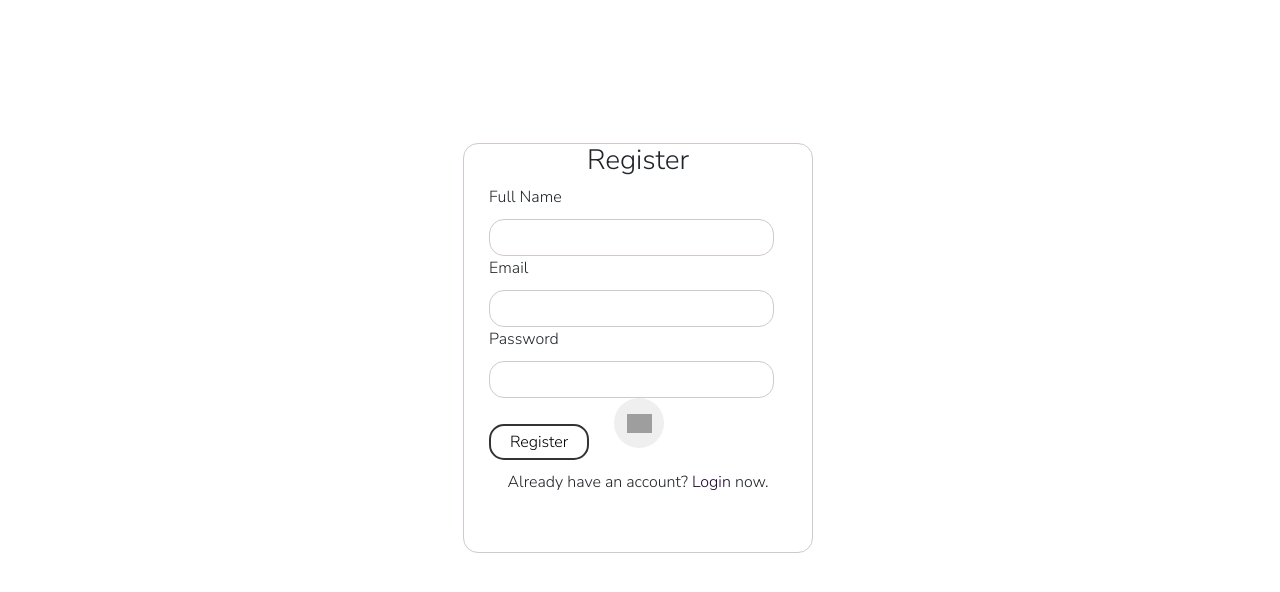
Repository: duzzisantos/rentify
Page: /register
These files come from the project's save history. The page is drawn as it stood at one moment and after the next save; the edit follows.
The browser window is 1280 px wide. The pictures show the whole page.
Pictures or frames that could not be fetched are drawn as grey boxes. The project was rebuilt for these pictures with package versions that can differ from the ones it lists, and the page was loaded fresh each time. Also part of the build but not shown: src/home.js, src/admin.js, src/auth/auth.js, src/auth/login.js, src/table-component.js, src/edit-property.js, src/tables.js, src/booking.js.

Above is the page before, as saved 2022-05-19 02:09:07.

After the next save:
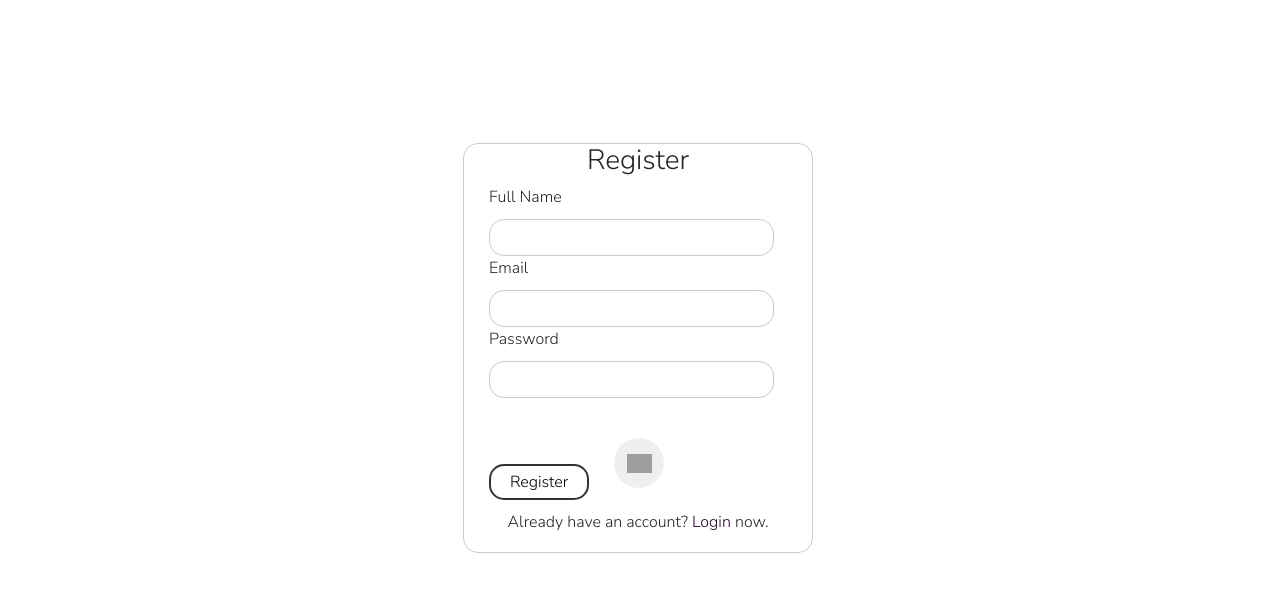
Saved 9 s later.
--- a/src/App.css
+++ b/src/App.css
@@ -482,7 +482,7 @@ tr img:hover {
   background-size: 50%;
   background-repeat: no-repeat;
   background-position: center;
-  /* margin-top: 20px; */
+  margin-top: 40px;
   margin-left: 25px;
   width: 50px;
   height: 50px;
